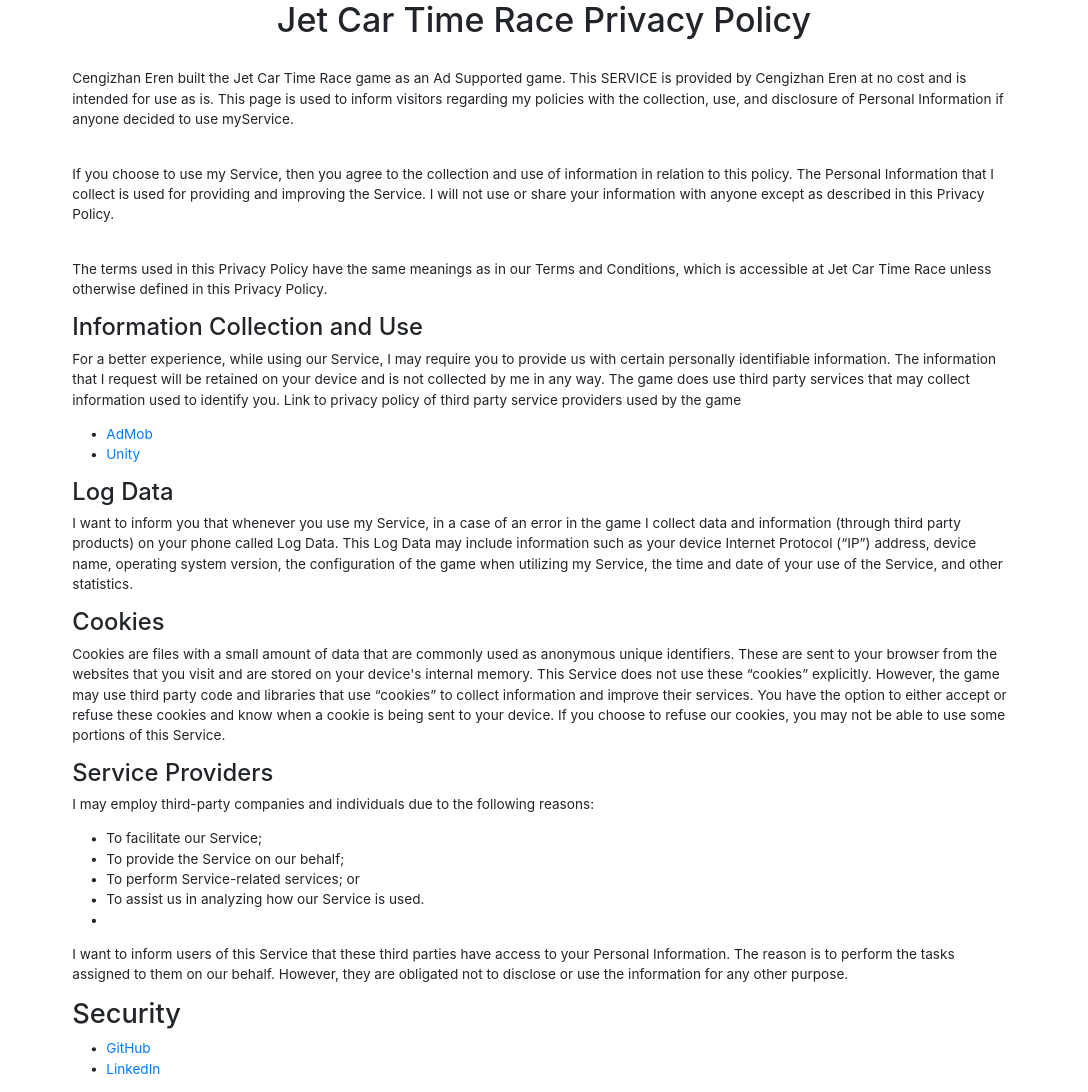
Repository: CengoCengo/cengocengo.github.io
Page: jetcartimeraceprivacypolicy.html
An editor plug-in stored every save of this project. The page is shown before and after the next save, followed by the edit.
The browser window is 1280 px wide. The pictures show the whole page, at 85% of full size.

Above is the page before, as saved 2022-10-11 14:46:35.

After the next save:
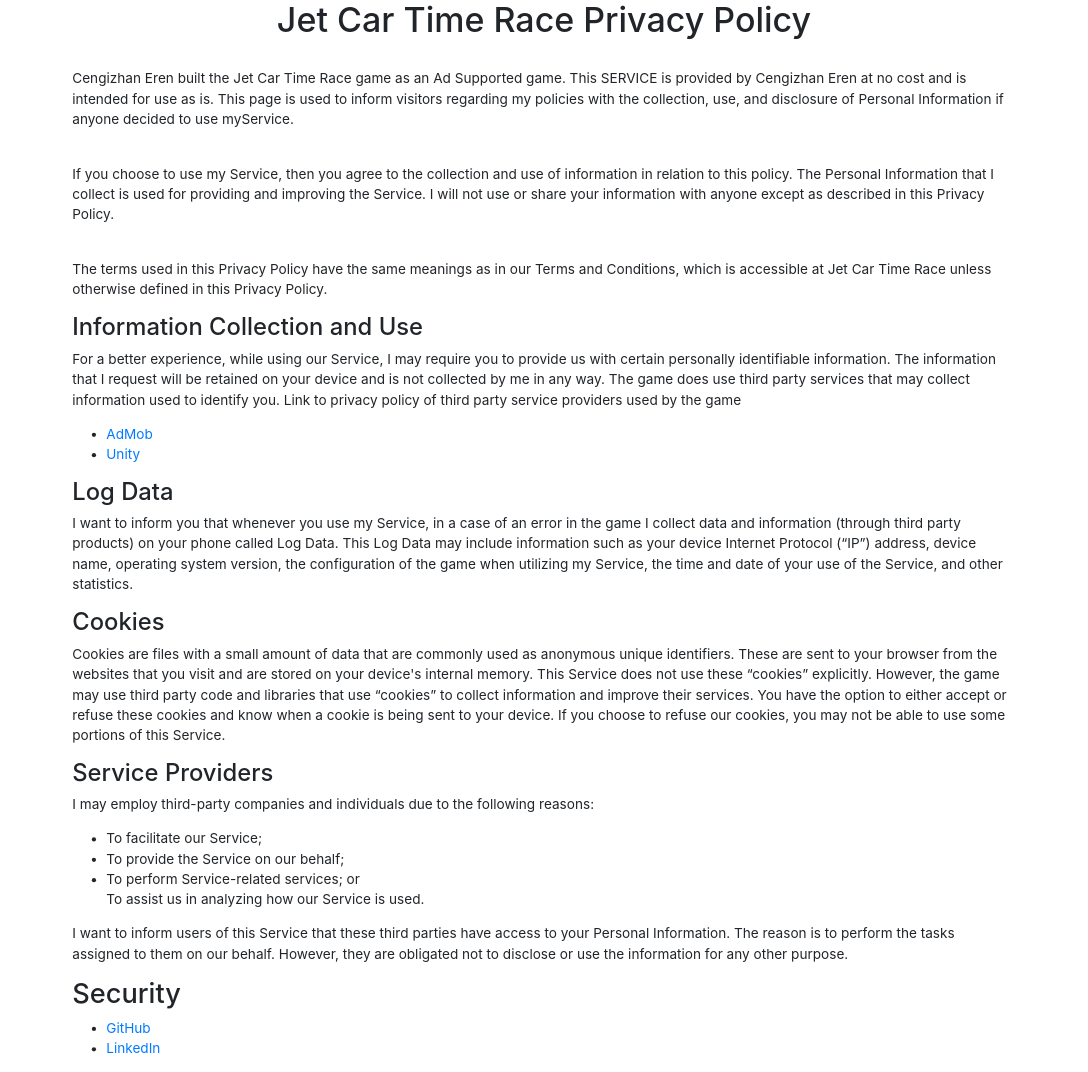
Saved 11 s later.
--- a/jetcartimeraceprivacypolicy.html
+++ b/jetcartimeraceprivacypolicy.html
@@ -84,7 +84,7 @@
                             <li>To facilitate our Service;</li>
                             <li>To provide the Service on our behalf;</li>
                             <li>To perform Service-related services; or </li>
-                            <li>To assist us in analyzing how our Service is used.<li>
+                            To assist us in analyzing how our Service is used.
 
                             </ul>
 
